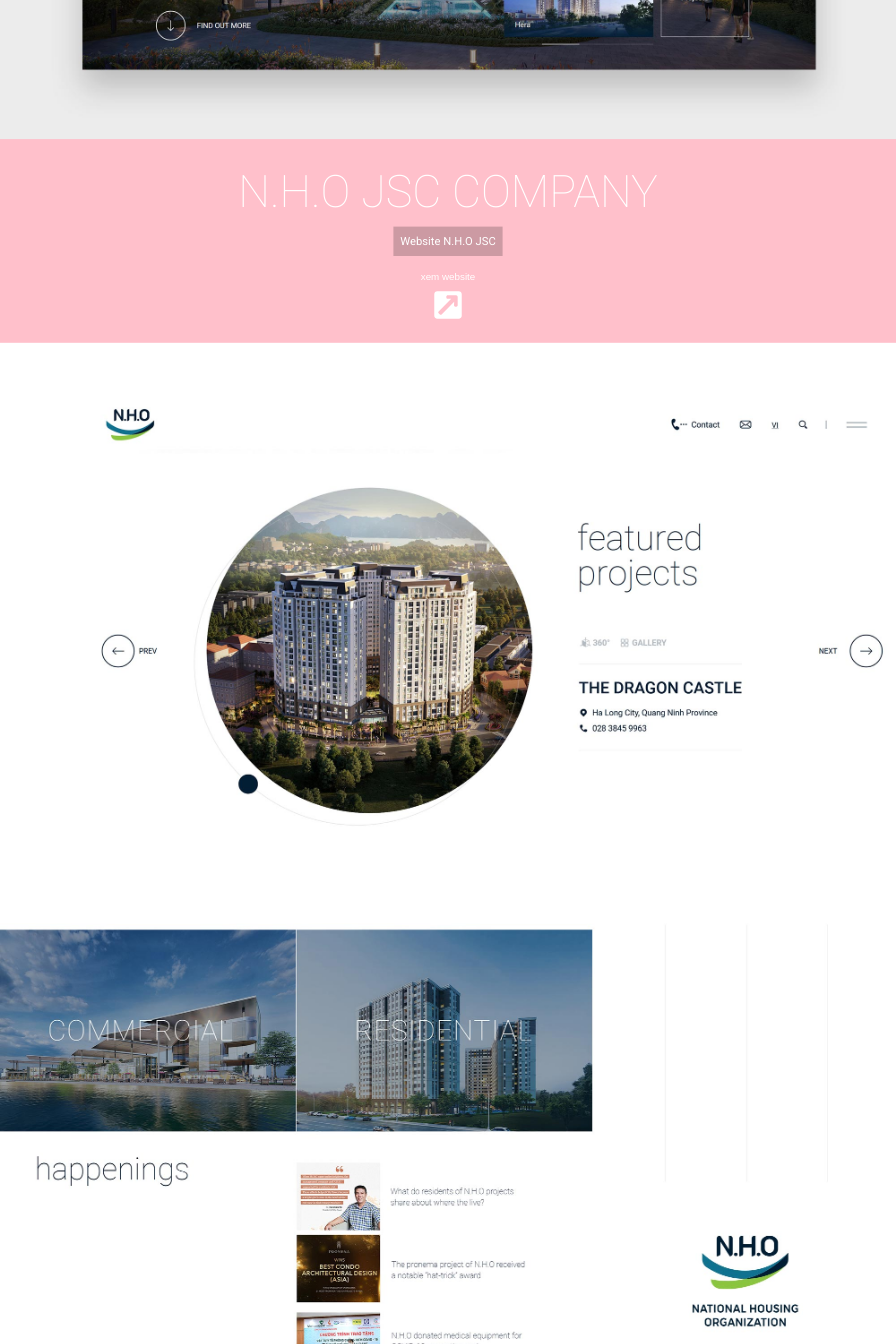
Repository: Minns-Cao/project-BTQ
Page: company.html
These files come from the project's save history. The page is drawn as it stood at one moment and after the next save; the edit follows.
The browser window is 1280 px wide. The pictures show the part of the page from y = 584 to 2504 px (the page is 6057 px tall before and 6093 px after), at 70% of full size.

Above is the page before, as saved 2023-07-02 09:37:24.
Console error: TypeError: Cannot read properties of null (reading 'addEventListener')

After the next save:
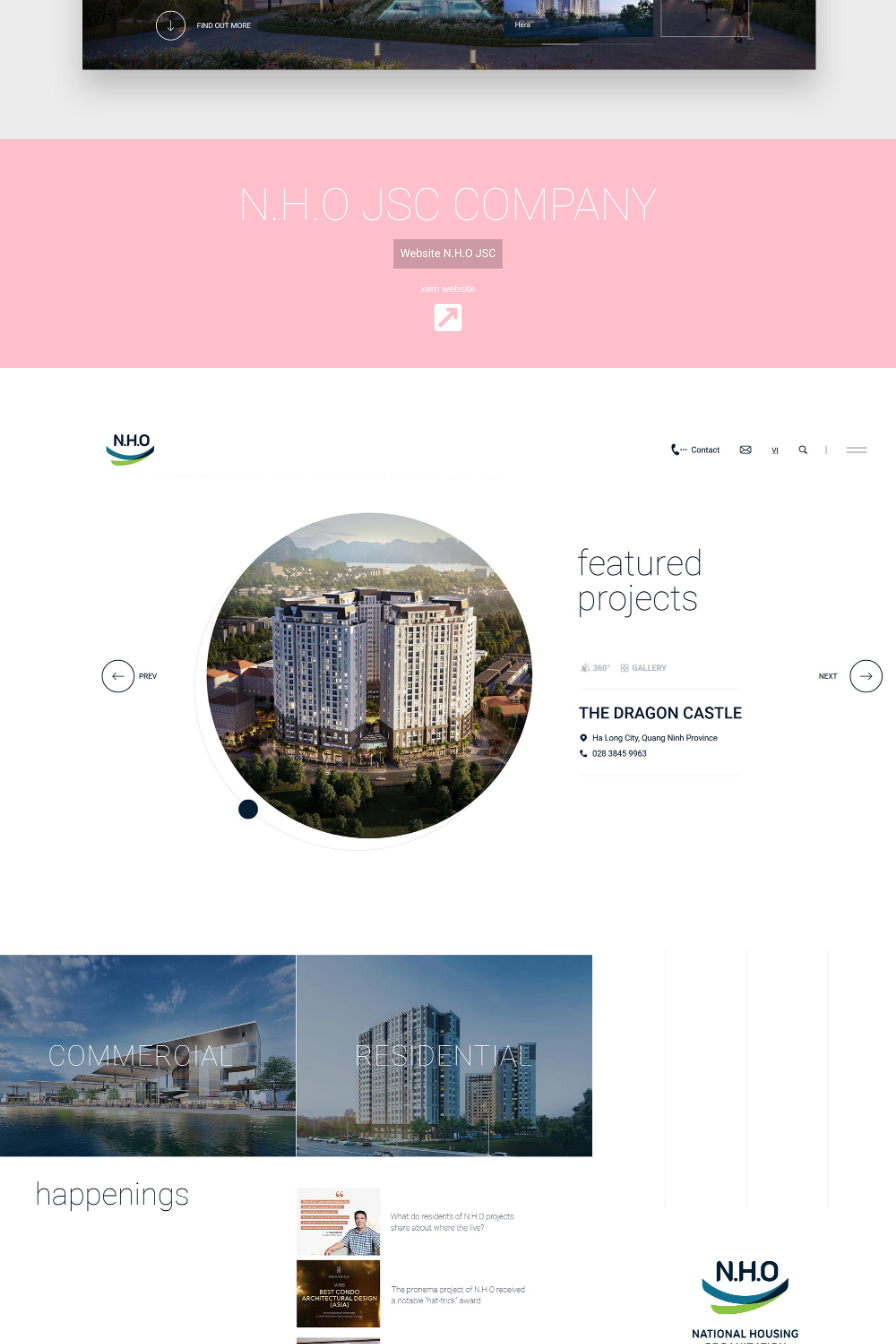
Saved 31 s later.
--- a/assets/css/styleCustomer.css
+++ b/assets/css/styleCustomer.css
@@ -12,7 +12,7 @@
     align-items: center;
     flex-direction: column;
     width: 100%;
-    height: 40vh;
+    height: 45vh;
 }
 
 
